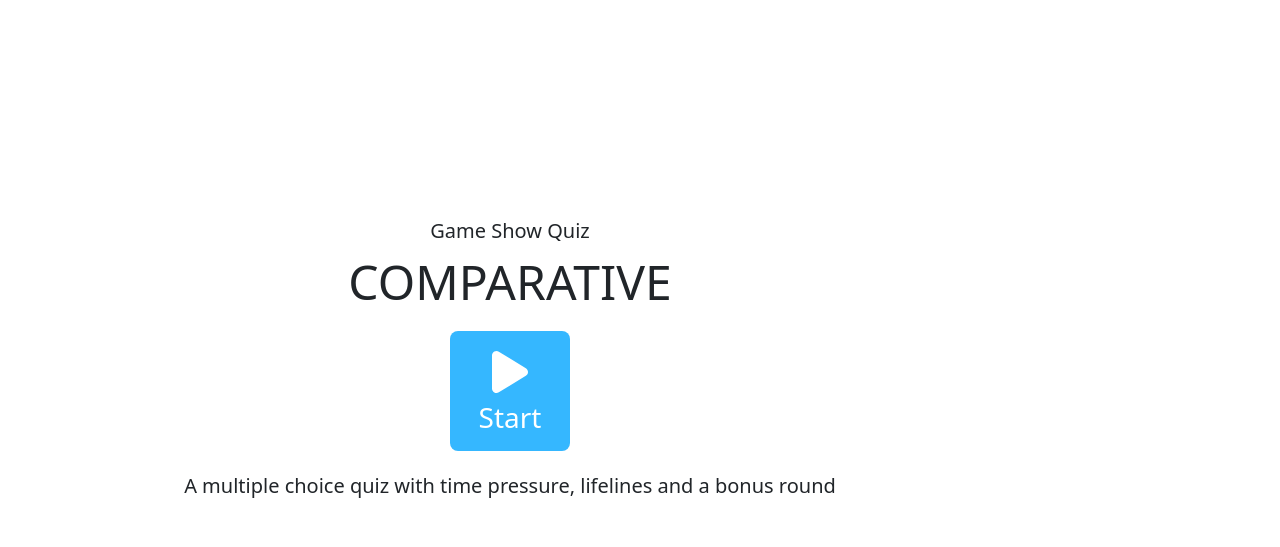
Repository: litaiqiang1407/comparative-gq
Page: /
These files come from the project's save history. The page is drawn as it stood at one moment and after the next save; the edit follows.
The browser window is 1280 px wide. The pictures show the whole page.
The project was rebuilt for these pictures with package versions that can differ from the ones it lists, and the page was loaded fresh each time. Also part of the build but not shown: vue.config.js.

Above is the page before, as saved 2024-06-20 19:57:26.

### public/index.html
<!DOCTYPE html>
<html lang="">
  <head>
    <meta charset="utf-8" />
    <meta http-equiv="X-UA-Compatible" content="IE=edge" />
    <meta name="viewport" content="width=device-width,initial-scale=1.0" />
    <link rel="icon" href="<%= BASE_URL %>favicon.ico" />
    <title>Comparative Game show Quiz</title>
  </head>
  <body>
    <div id="app"></div>
    <!-- built files will be auto injected -->
  </body>
</html>

### src/main.js
// main.js

import { createApp } from "vue";
import App from "./App.vue";
import router from "./router"; // Assuming you have set up router/index.js properly
import "bootstrap/dist/css/bootstrap.min.css";
import "bootstrap/dist/js/bootstrap.bundle.min.js";
import "bootstrap";

// Font Awesome imports
import { library } from "@fortawesome/fontawesome-svg-core";
import { FontAwesomeIcon } from "@fortawesome/vue-fontawesome";
import { fas } from "@fortawesome/free-solid-svg-icons";
import { far } from "@fortawesome/free-regular-svg-icons";
import { fab } from "@fortawesome/free-brands-svg-icons";

library.add(fas, far, fab);

const app = createApp(App);

// Register the FontAwesomeIcon component globally
app.component("font-awesome-icon", FontAwesomeIcon);

// Use Vue Router
app.use(router);

// Mount the app
app.mount("#app");

### src/App.vue
<template>
  <start-game v-if="status === 'start'" @onStart="onStart()" />
  <game-intro v-if="status === 'intro'" @onPlay="onPlay()" />
  <playing-game v-if="status === 'playing'" />
</template>

<script>
// Import
import StartGame from "./components/StartGame/StartGame.vue";
import GameIntro from "./components/PlayingGame/Intro/GameIntro.vue";
import PlayingGame from "./components/PlayingGame/PlayingGame.vue";

// Export
export default {
  name: "App",
  data() {
    return {
      status: "start",
    };
  },
  components: {
    StartGame,
    GameIntro,
    PlayingGame,
  },
  methods: {
    onStart() {
      this.status = "intro";
    },
    onPlay() {
      this.status = "playing";
    },
  },
};
</script>

// Scoped CSS
<style lang="scss">
.example {
  color: blue;
}
</style>

### src/router/index.js
// src/router/index.js

import { createRouter, createWebHistory } from "vue-router";
import StartGame from "../components/StartGame/StartGame.vue";
import PlayingGame from "../components/PlayingGame/PlayingGame.vue";
import GameIntro from "../components/PlayingGame/Intro/GameIntro.vue";

const routes = [
  { path: "/", component: StartGame },
  { path: "/intro", component: GameIntro },
  { path: "/playing", component: PlayingGame },
];

const router = createRouter({
  history: createWebHistory(),
  routes,
});

export default router;

### src/assets/styles/GlobalStyles.scss
@import "normalize.css";
@import url("https://fonts.googleapis.com/css2?family=Rubik:ital,wght@0,300..900;1,300..900&display=swap");

:root {
  --primary-color: #35b7ff;
  --white: #fff;
}

* {
  box-sizing: border-box;
}

html {
  font-size: 62.5%;
}

body {
  font-family: "Rubik", sans-serif;
  font-size: 1.6rem;
  line-height: 1.5;
  text-rendering: optimizeSpeed;
}

h1,
h2,
h3 {
  margin: 0;
}

### src/components/StartGame/StartGame.vue
<template>
  <div class="start">
    <div class="container">
      <h2 class="title">Game Show Quiz</h2>
      <h1 class="game-name">COMPARATIVE</h1>
      <button class="play-button" @click="onStart()">
        <font-awesome-icon :icon="['fas', 'play']" class="button-icon" />
        <span class="button-title">Start</span>
      </button>
      <span class="description">
        A multiple choice quiz with time pressure, lifelines and a bonus round
      </span>
    </div>
  </div>
</template>

<script>
import { FontAwesomeIcon } from "@fortawesome/vue-fontawesome";

export default {
  components: {
    FontAwesomeIcon,
  },
  methods: {
    onStart() {
      this.$emit("onStart");
    },
  },
};
</script>

<style lang="scss" scoped>
@import "./StartGame.scss";
</style>

### src/components/PlayingGame/Intro/GameIntro.vue
<template>
  <div class="game-intro">
    <h1>Welcome to the Game!</h1>
    <p>Get ready...</p>
  </div>
</template>

<script>
export default {
  name: "GameIntro",
  mounted() {
    setTimeout(() => {
      this.$emit("onPlay");
    }, 3000);
  },
};
</script>

<style lang="scss" scoped>
@import "./GameIntro.scss";
</style>

### src/components/PlayingGame/PlayingGame.vue
<template>
  <div class="playing-game">
    <h1>Playing Game...</h1>
    <!-- Game content here -->
  </div>
</template>

<script>
export default {
  name: "PlayingGame",
};
</script>

<style lang="scss" scoped>
.playing-game {
  text-align: center;
  h1 {
    color: #35495e;
  }
}
</style>

### src/components/StartGame/StartGame.scss
.start {
  display: flex;
  justify-content: center;
  align-items: center;
  height: 100vh;
  width: 1020px;

  .container {
    height: 540px;
    margin: 0 auto;
    display: flex;
    flex-direction: column;
    justify-content: center;
    align-items: center;
  }

  .title {
    font-size: 2rem;
    margin-bottom: 1rem;
  }

  .game-name {
    font-size: 4.8rem;
    margin-bottom: 2rem;
  }

  .play-button {
    height: 120px;
    width: 120px;
    display: flex;
    flex-direction: column;
    justify-content: center;
    align-items: center;
    border: none;
    background-color: var(--primary-color);
    cursor: pointer;
    border-radius: 8px;

    .button-icon {
      font-size: 4.8rem;
      margin-bottom: 0.5rem;
      color: var(--white);
    }

    .button-title {
      font-size: 2.8rem;
      color: var(--white);
    }
  }
  .description {
    font-size: 2rem;
    margin-top: 2rem;
    text-align: center;
  }
}

### src/components/PlayingGame/Intro/GameIntro.scss
.game-intro {
    display: flex;
    flex-direction: column;
    align-items: center;
    justify-content: center;
    height: 100vh;
    background-color: #f5f5f5;
    h1 {
      color: #35495e;
    }
    p {
      color: #42b983;
      font-size: 24px;
    }
  }

After the next save:
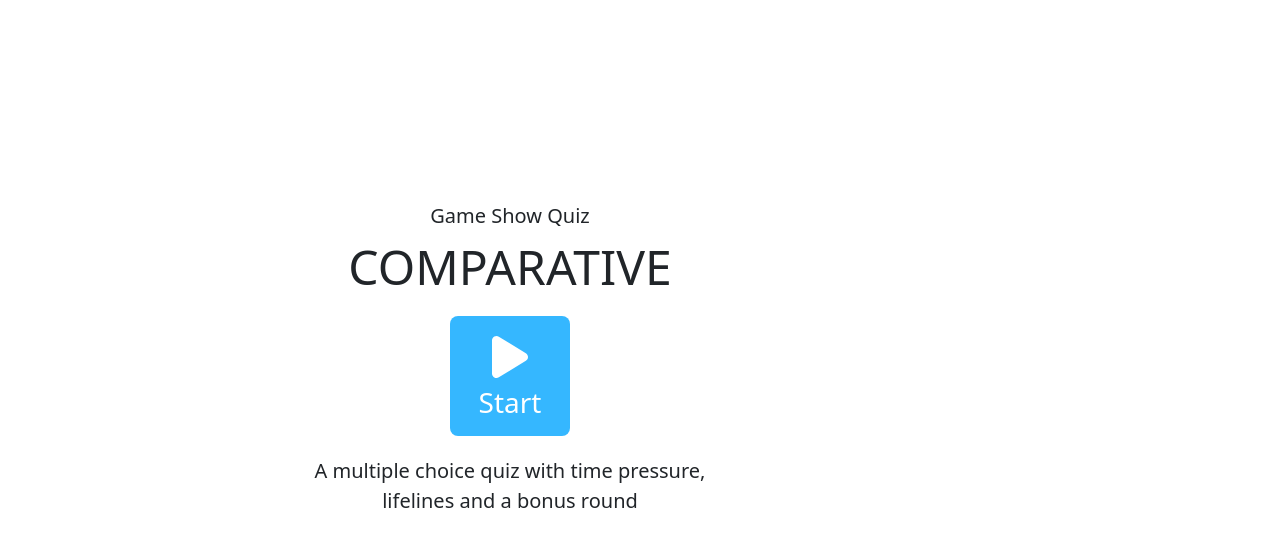
Saved 36 s later.
--- a/src/components/StartGame/StartGame.scss
+++ b/src/components/StartGame/StartGame.scss
@@ -6,6 +6,7 @@
   width: 1020px;
 
   .container {
+    width: 480px;
     height: 540px;
     margin: 0 auto;
     display: flex;
